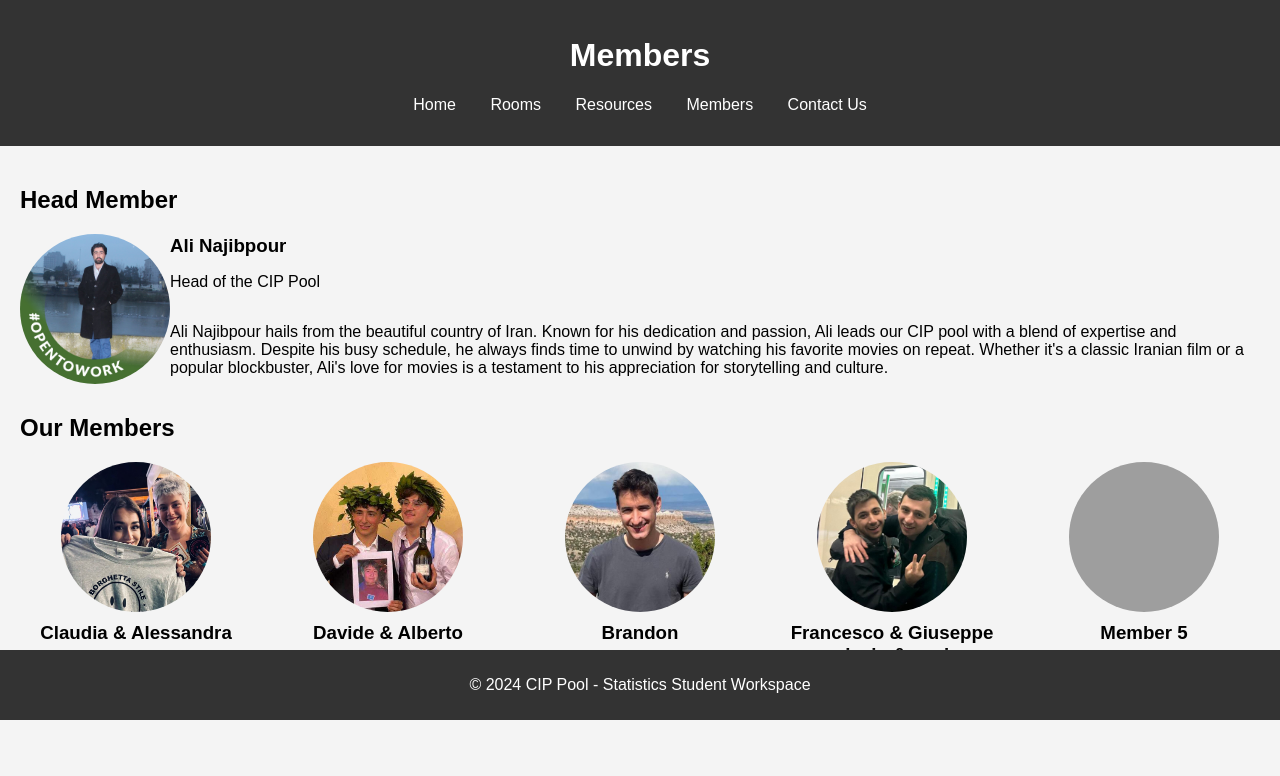
Repository: anjalisarawgi/cip_website
Page: members.html
An editor plug-in stored every save of this project. The page is shown before and after the next save, followed by the edit.
The browser window is 1280 px wide. The pictures show the whole page.
Pictures or frames that could not be fetched are drawn as grey boxes.

Above is the page before, as saved 2024-06-14 12:12:42.

### members.html
<!DOCTYPE html>
<html lang="en">
<head>
    <meta charset="UTF-8">
    <meta name="viewport" content="width=device-width, initial-scale=1.0">
    <title>Members - CIP Pool</title>
    <link rel="stylesheet" href="styles.css">
</head>
<body>
    <header>
        <h1>Members</h1>
        <nav>
            <ul>
                <li><a href="index.html">Home</a></li>
                <li><a href="rooms.html">Rooms</a></li>
                <li><a href="resources.html">Resources</a></li>
                <li><a href="members.html">Members</a></li>
                <li><a href="contact.html">Contact Us</a></li>
            </ul>
        </nav>
    </header>
    <main>
        <section>
            <h2>Head Member</h2>
            <div class="member">
                <img src="images/ali.jpeg" alt="Ali Najibpour" class="member-photo">
                <div class="member-info">
                    <h3>Ali Najibpour</h3>
                    <p>Head of the CIP Pool</p>
                    <p>Ali Najibpour hails from the beautiful country of Iran. Known for his dedication and passion, Ali leads our CIP pool with a blend of expertise and enthusiasm. Despite his busy schedule, he always finds time to unwind by watching his favorite movies on repeat. Whether it's a classic Iranian film or a popular blockbuster, Ali's love for movies is a testament to his appreciation for storytelling and culture.</p>
                </div>
            </div>
        </section>
        <section>
            <h2>Our Members</h2>
            <div class="members-grid">
                <div class="member">
                    <img src="images/claudia_alessandra.jpeg" alt="Claudia & Alessandra" class="member-photo">
                    <div class="member-info">
                        <h3>Claudia & Alessandra</h3>
                        <p>Human Resources</p>
                    </div>
                </div>
                <div class="member">
                    <img src="images/davide_alberto.jpeg" alt="Davide & Alberto" class="member-photo">
                    <div class="member-info">
                        <h3>Davide & Alberto</h3>
                        <p>Pioneers</p>
                    </div>
                </div>
                <div class="member">
                    <img src="images/brandon.jpeg" alt="Brandon" class="member-photo">
                    <div class="member-info">
                        <h3>Brandon</h3>
                        <p>The one who actually studies</p>
                    </div>
                </div>
                <div class="member">
                    <img src="images/francesco_giuseppe.jpeg" alt="Francesco & Giuseppe" class="member-photo">
                    <div class="member-info">
                        <h3>Francesco & Giuseppe </h3>
                        <h3>ciccio & sepi</h3>
                        <p>non - statisticians </p>
                    </div>
                </div>
                <div class="member">
                    <img src="images/member5.jpeg" alt="Member 5" class="member-photo">
                    <div class="member-info">
                        <h3>Member 5</h3>
                        <p>Role/Position</p>
                    </div>
                </div>
            </div>
        </section>
    </main>
    <footer>
        <p>&copy; 2024 CIP Pool - Statistics Student Workspace</p>
    </footer>
</body>
</html>

### styles.css
body {
    font-family: Arial, sans-serif;
    margin: 0;
    padding: 0;
    background-color: #f4f4f4;
}

header {
    background-color: #333;
    color: white;
    padding: 1em 0;
    text-align: center;
}

nav ul {
    list-style-type: none;
    padding: 0;
}

nav ul li {
    display: inline;
    margin: 0 15px;
}

nav ul li a {
    color: white;
    text-decoration: none;
}

main {
    padding: 20px;
}

footer {
    background-color: #333;
    color: white;
    text-align: center;
    padding: 10px 0;
    position: fixed;
    bottom: 0;
    width: 100%;
}

section {
    margin-bottom: 20px;
}

.member {
    display: flex;
    align-items: center;
    margin-bottom: 20px;
}

.member-photo {
    border-radius: 50%;
    width: 150px;
    height: 150px;
    object-fit: cover;
    margin-bottom: 10px;
}


.member-info {
    display: flex;
    flex-direction: column;
}

.member-info h3 {
    margin: 0;
}

.members-grid {
    display: grid;
    grid-template-columns: repeat(auto-fit, minmax(200px, 1fr));
    gap: 20px;
}

.members-grid .member {
    flex-direction: column;
    align-items: center;
    text-align: center;
}

.members-grid .member-photo {
    width: 150px;
    height: 150px;
    margin-bottom: 10px;
}

.members-grid .member-info {
    align-items: center;
}

After the next save:
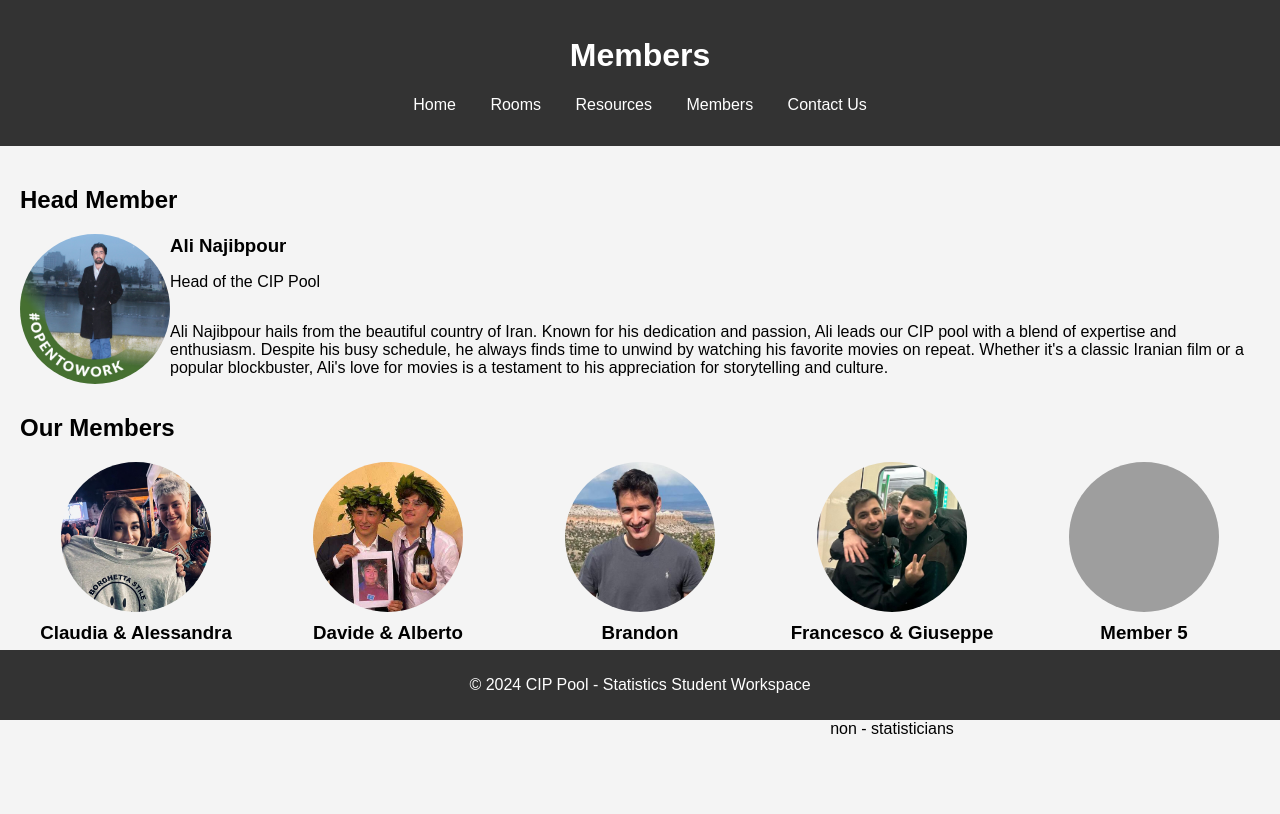
Saved 9 s later.
--- a/members.html
+++ b/members.html
@@ -59,7 +59,7 @@
                     <img src="images/francesco_giuseppe.jpeg" alt="Francesco & Giuseppe" class="member-photo">
                     <div class="member-info">
                         <h3>Francesco & Giuseppe </h3>
-                        <h3>ciccio & sepi</h3>
+                        <h4>ciccio & sepi</h4>
                         <p>non - statisticians </p>
                     </div>
                 </div>
